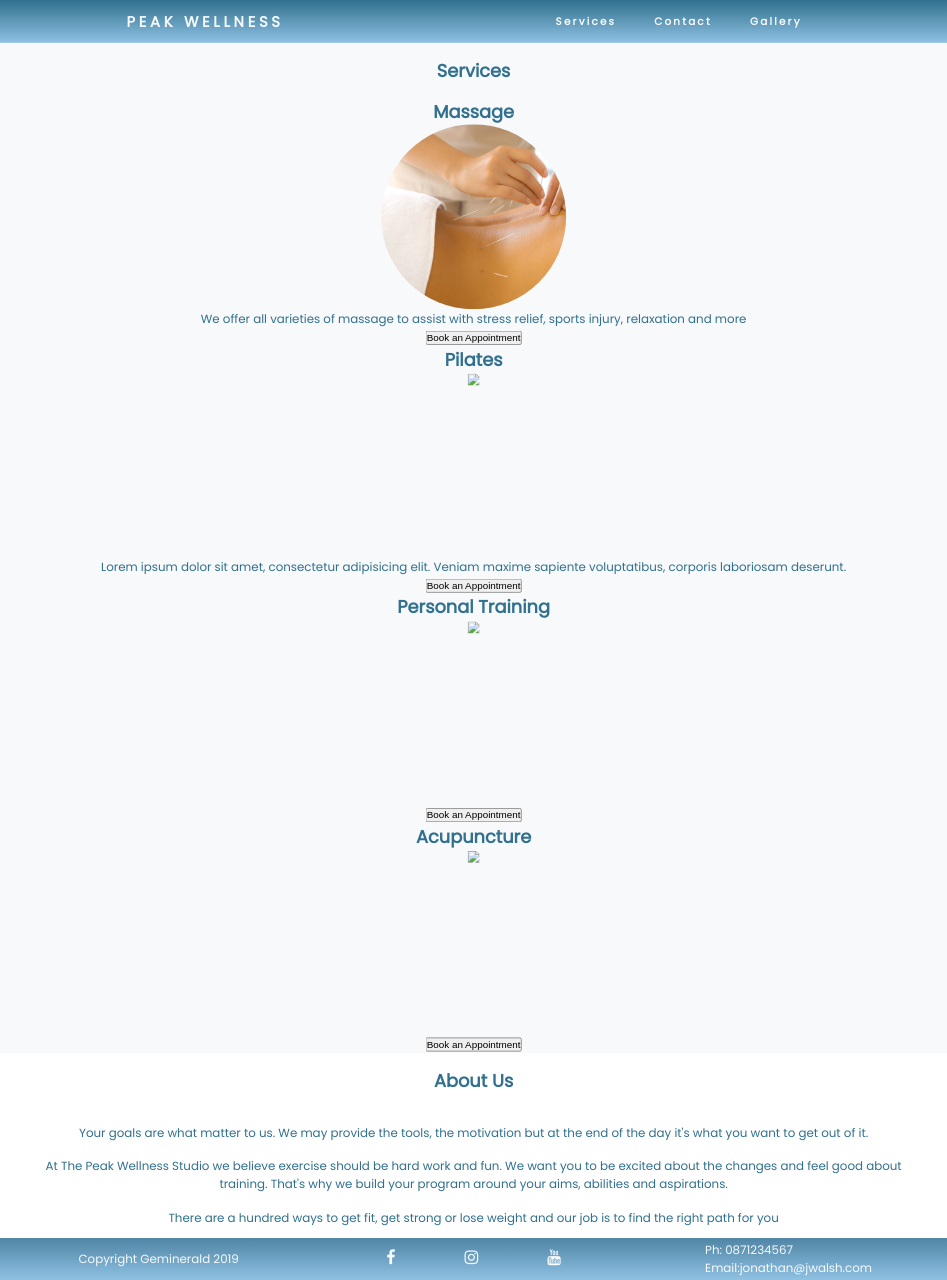
Repository: geminerald/peakwellness
Page: services.html
The author's editor kept a record of every edit. The page is drawn from the files as they stood at one moment, then again after the next edit.
The browser window is 1280 px wide. The pictures show the whole page, at 74% of full size.

Above is the page before.

After the next edit:
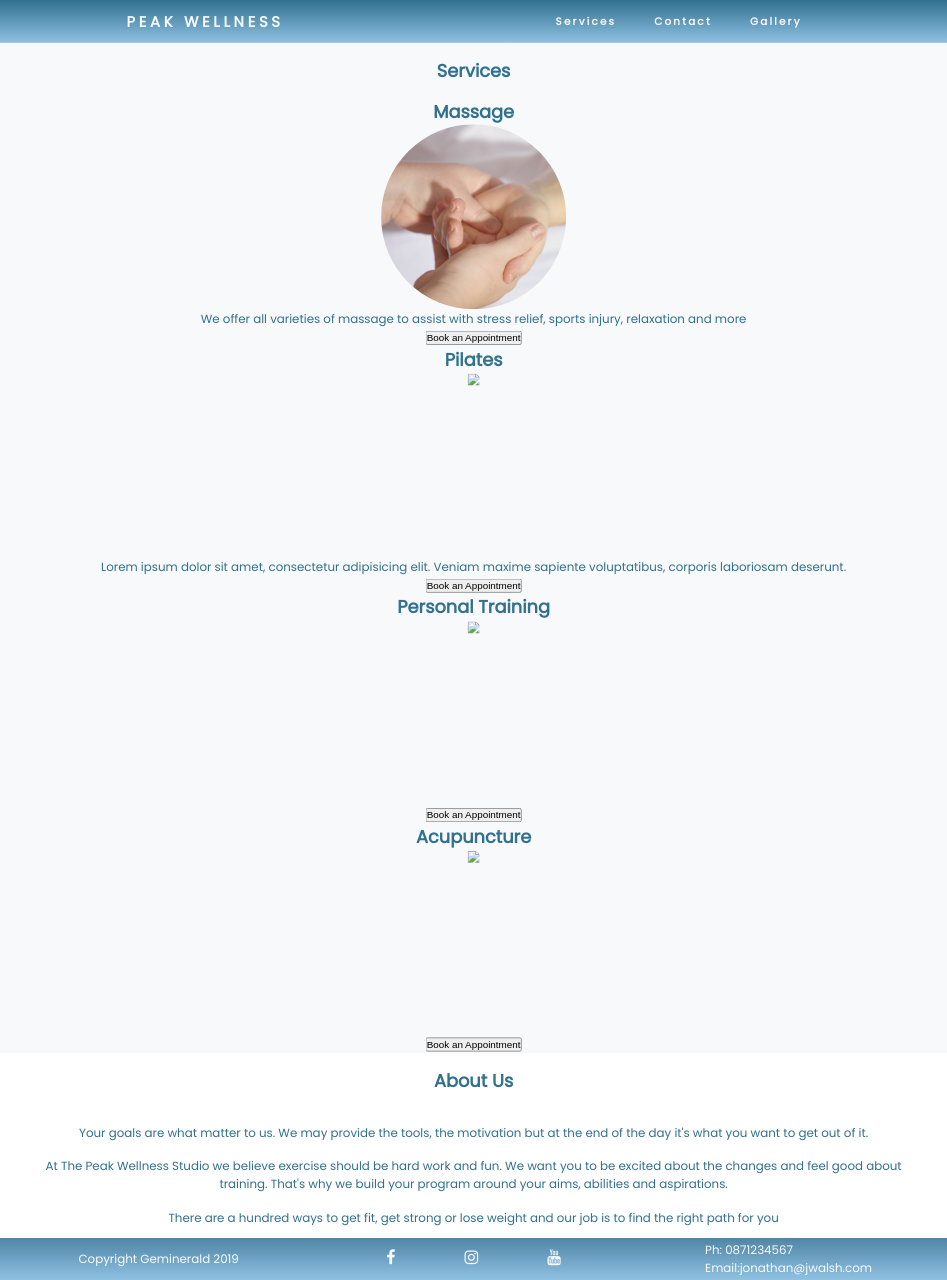
The edit:
--- a/services.html
+++ b/services.html
@@ -43,7 +43,7 @@
                 <div class="service">
                     <figure class="front">
                         <h2>Massage</h2>
-                        <div class="image-cropper"><img src="./images/acupuncture.jpg"></div>
+                        <div class="image-cropper"><img src="./images/massage.jpg"></div>
                     </figure>
                     <figure class="back">
                         <p>We offer all varieties of massage to assist with stress relief, sports injury, relaxation and more</p>
